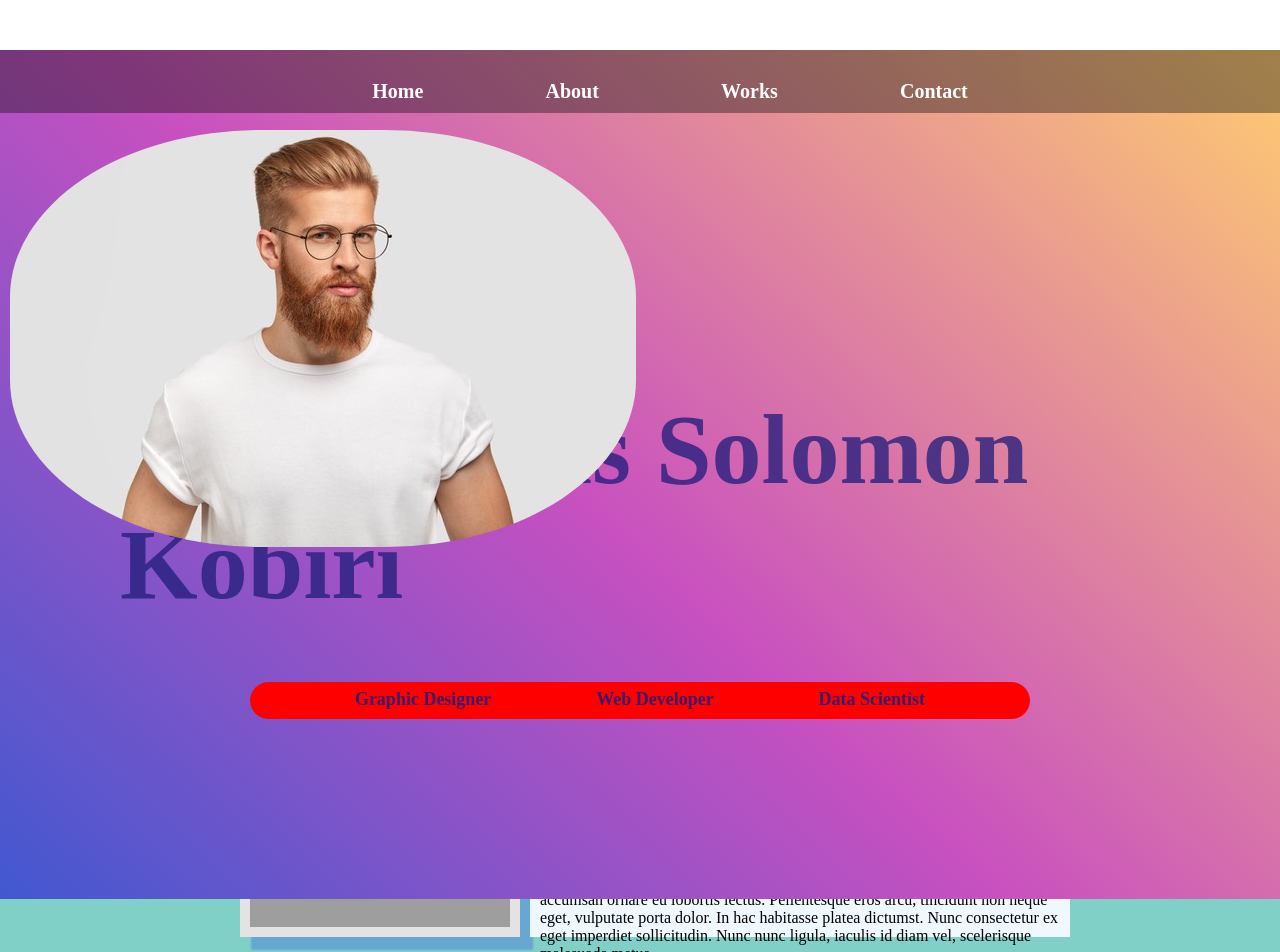
Repository: Kwabena-Kobiri/yellocoders
Page: index.html
An editor plug-in stored every save of this project. The page is shown before and after the next save, followed by the edit.
The browser window is 1280 px wide. The pictures show the part of the page from y = 0 to 952 px (the page is 2531 px tall before and 3346 px after).
Pictures or frames that could not be fetched are drawn as grey boxes. Backgrounds fixed to the window are drawn as part of the page.

Above is the page before, as saved 2021-05-12 22:31:59.

### index.html
<!DOCTYPE html>
<html lang="en">
<head>
    <meta charset="UTF-8">
    <meta http-equiv="X-UA-Compatible" content="IE=edge">
    <meta name="viewport" content="width=device-width, initial-scale=1.0">
    <link rel="stylesheet" href="index.css" />
    <title>Y'ello</title>
</head>
<body>
    <!-- HEADER COMPONENT STARTS HERE -->
    <header id="header">
        <nav id="nav">
            <ul>
                <li>Home</li>
                <li>About</li>
                <li>Works</li>
                <li>Contact</li>
            </ul>
        </nav>
    </header>
    <!-- HEADER COMPONENT ENDS HERE -->


    <!-- LANDING PAGE STARTS HERE  -->
    <section id="LandingPage">
        <div class="Details">
            <h1>Hi</h1>
            <h3>My Name is Solomon Kobiri</h3>
        </div>
        <div class="Skills">
            <h5>Graphic Designer</h5>
            <h5>Web Developer</h5>
            <h5>Data Scientist</h5>
        </div>
    </section>
    <!-- LANDING PAGE ENDS HERE -->

    <!--ABOUT PAGE STARTS HERE-->
    <section id="About">
        <div class="ImageDiv">
            <img src="Images/profile.jpg" alt="Profile Picture"/>
        </div>
        <div class="Description">
            <h3>ABOUT ME</h3>
            <p>
                Lorem ipsum dolor sit amet, consectetur adipiscing elit. Vestibulum rhoncus faucibus nisi non tempor. Donec eu lobortis felis, id imperdiet massa. Ut vel tortor et mauris tempor mattis. Aliquam eu augue eget elit fringilla vulputate. Cras fringilla ac est vel efficitur. Integer porta feugiat nibh non gravida. Nam eget metus convallis, dignissim risus ac, porta massa. Etiam neque nulla, semper ut eros nec, sodales eleifend arcu.

                Morbi suscipit mauris in ultrices feugiat. Quisque sed eros tempor, elementum tortor vitae, imperdiet dolor. Donec ac neque vitae diam dignissim vehicula id sed nulla. Etiam non ex eu tortor accumsan ornare eu lobortis lectus. Pellentesque eros arcu, tincidunt non neque eget, vulputate porta dolor. In hac habitasse platea dictumst. Nunc consectetur ex eget imperdiet sollicitudin. Nunc nunc ligula, iaculis id diam vel, scelerisque malesuada metus.

                Nulla lacinia iaculis mauris, eget porta urna dictum ut. Donec vitae mattis nunc. Sed vel nisi id dolor laoreet consectetur. Mauris ut turpis mi. Proin massa sapien, interdum at elementum sed, eleifend at ipsum. In arcu ipsum, fermentum ac felis sit amet, consectetur pretium tellus. Pellentesque vestibulum augue ut quam pulvinar vestibulum. Fusce turpis sapien, facilisis sit amet sapien ut, luctus volutpat sapien.
            </p>
        </div>
    </section>
    <!--ABOUT PAGE ENDS HERE-->

    <!-- MY WORKS PAGE STARTS HERE -->
    <section id="Works">
        <h3>CHECK OUT MY WORKS</h3>
        <div class="work_box">
            <img src="Images/work1.jpg" alt="First Project"/>
            <p>
                Lorem ipsum dolor sit amet, consectetur adipiscing elit. Vestibulum rhoncus faucibus nisi non tempor. Donec eu lobortis felis, id imperdiet massa. Ut vel tortor et mauris tempor mattis. Aliquam eu augue eget elit fringilla vulputate. Cras fringilla ac est vel efficitur. Integer porta feugiat nibh non gravida. Nam eget metus convallis, dignissim risus ac, porta massa. Etiam neque nulla, semper ut eros nec, sodales eleifend arcu.

                Morbi suscipit mauris in ultrices feugiat. Quisque sed eros tempor, elementum tortor vitae, imperdiet dolor. Donec ac neque vitae diam dignissim vehicula id sed nulla. Etiam non ex eu tortor accumsan ornare eu lobortis lectus. Pellentesque eros arcu, tincidunt non neque eget, vulputate porta dolor. In hac habitasse platea dictumst. Nunc consectetur ex eget imperdiet sollicitudin. Nunc nunc ligula, iaculis id diam vel, scelerisque malesuada metus.
            </p>
        </div>
        <div class="work_box">
            <p>
                Lorem ipsum dolor sit amet, consectetur adipiscing elit. Vestibulum rhoncus faucibus nisi non tempor. Donec eu lobortis felis, id imperdiet massa. Ut vel tortor et mauris tempor mattis. Aliquam eu augue eget elit fringilla vulputate. Cras fringilla ac est vel efficitur. Integer porta feugiat nibh non gravida. Nam eget metus convallis, dignissim risus ac, porta massa. Etiam neque nulla, semper ut eros nec, sodales eleifend arcu.

                Morbi suscipit mauris in ultrices feugiat. Quisque sed eros tempor, elementum tortor vitae, imperdiet dolor. Donec ac neque vitae diam dignissim vehicula id sed nulla. Etiam non ex eu tortor accumsan ornare eu lobortis lectus. Pellentesque eros arcu, tincidunt non neque eget, vulputate porta dolor. In hac habitasse platea dictumst. Nunc consectetur ex eget imperdiet sollicitudin. Nunc nunc ligula, iaculis id diam vel, scelerisque malesuada metus.
            </p>
            <img src="Images/work2.jfif" alt="First Project"/>
        </div>
        <div class="work_box">
            <img src="Images/work3.webp" alt="First Project"/>
            <p>
                Lorem ipsum dolor sit amet, consectetur adipiscing elit. Vestibulum rhoncus faucibus nisi non tempor. Donec eu lobortis felis, id imperdiet massa. Ut vel tortor et mauris tempor mattis. Aliquam eu augue eget elit fringilla vulputate. Cras fringilla ac est vel efficitur. Integer porta feugiat nibh non gravida. Nam eget metus convallis, dignissim risus ac, porta massa. Etiam neque nulla, semper ut eros nec, sodales eleifend arcu.

                Morbi suscipit mauris in ultrices feugiat. Quisque sed eros tempor, elementum tortor vitae, imperdiet dolor. Donec ac neque vitae diam dignissim vehicula id sed nulla. Etiam non ex eu tortor accumsan ornare eu lobortis lectus. Pellentesque eros arcu, tincidunt non neque eget, vulputate porta dolor. In hac habitasse platea dictumst. Nunc consectetur ex eget imperdiet sollicitudin. Nunc nunc ligula, iaculis id diam vel, scelerisque malesuada metus.
            </p>
        </div>
        <div class="work_box">
            <p>
                Lorem ipsum dolor sit amet, consectetur adipiscing elit. Vestibulum rhoncus faucibus nisi non tempor. Donec eu lobortis felis, id imperdiet massa. Ut vel tortor et mauris tempor mattis. Aliquam eu augue eget elit fringilla vulputate. Cras fringilla ac est vel efficitur. Integer porta feugiat nibh non gravida. Nam eget metus convallis, dignissim risus ac, porta massa. Etiam neque nulla, semper ut eros nec, sodales eleifend arcu.

                Morbi suscipit mauris in ultrices feugiat. Quisque sed eros tempor, elementum tortor vitae, imperdiet dolor. Donec ac neque vitae diam dignissim vehicula id sed nulla. Etiam non ex eu tortor accumsan ornare eu lobortis lectus. Pellentesque eros arcu, tincidunt non neque eget, vulputate porta dolor. In hac habitasse platea dictumst. Nunc consectetur ex eget imperdiet sollicitudin.
            </p>
            <img src="Images/work4.png" alt="First Project"/>
        </div>
    </section>

    <!-- MY WORKS PAGE ENDS HERE -->

    <!-- CONTACT PAGE STARTS HERE -->
    <section id="Contact">
        <form id="Form">
            <h3>Contact Me</h3>
            <input type="text" placeholder="Name">
            <input type="email" placeholder="Email">
            <textarea rows="4" cols="50" placeholder="Message"></textarea>
            <input type="submit" text="Submit" class="submit">
        </form>
    </section>

    <!-- CONTACT PAGE ENDS HERE -->

    <!-- FOOTER STARTS HERE -->
    <footer id="footer">
        <h3>Connect With Me</h3>
        <div class="Icons">
            <a href="#"><img src="Images/Instagram.jpg" alt="Instagram"></a>
            <a href="#"><img src="Images/Facebook.png" alt="Facebook"></a>
            <a href="#"><img src="Images/WhatsApp.svg.png" alt="Whatsapp"></a>
            <a href="https://www.linkedin.com/in/solomon-kobiri"><img src="Images/LinkedIn.png" alt="LinkedIn"></a>
            <a href="#"><img src="Images/GitHub.svg" alt="GitHub"></a>
        </div>
        <h4>Made with ❤ by Solomon Kobiri</h4>
        <h5>Copyright &copy; 2021</h5>
    </footer>

    <!-- FOOTER ENDS HERE -->
</body>
</html>

### index.css
* {
    /* background-color: red; */
    margin: 0px;
}

/* body {
    display: flex;           /*Used flexbox on the whole page */
    /* flex-direction: column; */
    /* position: relative; */
/* } */

/* HEADER STYLING STARTS HERE */
#header {
    background-color: rgba(19, 17, 17, 0.4);
    justify-content: center;
    padding: 10px;
    width: 100%;
    position: fixed;
    z-index: 999;
    color: white;
}

#nav {
    margin: 20px 200px 0px 200px;
    /* background-color: blue; */
}

#nav > ul {
    display: flex;
    flex-direction: row;
    justify-content: space-evenly;
    list-style: none;
}

#nav > ul > li {
    text-decoration: none;
    font-size: 20px;
    font-weight: 550;
}

/* HEADER STYLING ENDS HERE */


/* LANDING PAGE STYLING STARTS HERE */
#LandingPage {
    position: absolute;
    width: 100%;
    z-index: 0;
    color: rgba(32, 30, 122, 0.767);
    background-color: #4158D0;
    background-image: linear-gradient(43deg, #4158D0 0%, #C850C0 46%, #FFCC70 100%);
    /* background-color: red; */
}

.Details {
    margin-top: 100px;
    margin-left: 100px;
    /* background-color: aqua;  */
}

.Details > h1 {
    margin: 50px 0px 20px 10px;
    font-size: 150px;
    padding: 20px;
}

.Details > h3 {
    margin-left: 10px;
    font-size: 100px;
    padding: 10px;
    justify-content: center;
}

.Skills {
    background-color: red;
    margin: 50px 250px 180px 250px;
    display: flex;
    flex-direction: row;
    justify-content: space-evenly;
    height: 30px;
    padding-top: 7px;
    border-radius: 20px;
}

.Skills > h5 {
    font-size: large;
    font-weight: bolder;
}

/* LANDING PAGE STYLING ENDS HERE */


/*STYLING FOR ABOUT ME PAGE STARTS HERE*/

#About {
    height: 200px;
    display: flex;
    flex-direction: row;
    height: 500px;
    margin: 50px 0px 50px 0px;
    background: rgb(255, 255, 255);
}

.ImageDiv {
    flex: 2;
    position: relative;
    padding: 80px 10px 0px 10px;
}

.ImageDiv > img {
    border-radius: 40%;
}

.Description {
    padding: 20px;
    flex: 3;
    display: flex;
    flex-direction: column;
}

.Description > h3 {
    text-align: center;
    margin-top: 10px;
    font-size: 50px;
    color: rgba(32, 30, 122, 0.767);
    border-bottom: 2px solid black;
}

.Description > p {
    color: rgba(32, 30, 122, 0.9);
    font-size: 22px;
    margin-top: 10px;
    padding: 5px;
}
/*STYLING FOR ABOUT ME PAGE ENDS HERE*/


/* STYLING FOR MY WORKS PAGE STARTS HERE */
#Works {
    margin: 100px 0px 0px 0px;
    width: cover;
    padding: 40px;
    background-color: #80D0C7;
}

#Works > h3 {
    text-align: center;
    font-size: xx-large;
    color: rgba(32, 30, 122, 0.9);
}

.work_box {
    width: 70%;
    height: 200px;
    display: flex;
    flex: 1;
    padding: 10px;
    margin-left: 180px;
}

.work_box > img {
    flex: 2;
    padding: 10px;
    margin: 0px 10px 0px 10px;
    background-color: rgb(228, 227, 227);
    box-shadow: 12px 12px 2px 1px rgba(0, 0, 255, .2);
}

.work_box > p {
    flex: 4;
    padding: 10px;
    background-color:aliceblue;
}

/* STYLING FOR MY WORKS PAGE ENDS HERE */


/* STYLING FOR CONTACTS PAGE STARTS HERE */
#Contact {
    height: 500px;
    width: cover;
    background-image: url('Images/background.jpg');
    background-size: cover;
    background-attachment: fixed;
}

form {
    background-color: rgba(151, 54, 54, 0.7);
    height: 70%;
    width: 50%;
    align-self: center;
    margin: auto;
    margin-top: 5%;
    position: relative;
    display: flex;
    flex-direction: column;
    padding: 20px;
}

form > h3 {
    text-align: center;
    margin: 10px;
    padding: 5px;
    font-size: xx-large;
    color: white;
}

form > input {
    width: 70%;
    height: 30px;
    margin: 10px;
    padding: 5px;
    position: relative;
    margin-left: 100px;
}

textarea {
    width: 70%;
    margin: 10px;
    margin-left: 100px;
}

.submit {
    width: 100px;
    margin-top: 30px;
    background-color: rgb(177, 49, 134);
    color: white;
    font-weight: bold;
}

/* STYLING FOR CONTACTS PAGE ENDS HERE */


/* STYLING FOR FOOTER STARTS HERE */
#footer {
    background-color: white;
    height: 300px;
    width: cover;
}

.Icons {
    display: flex;
    flex-direction: row;
    align-self: center;
    width: 40%;
    margin: 30px 0px 70px 500px;
}

.Icons > a {
    width: 25%;
    height: 25%;
}

.Icons > a > img {
    width: 40%;
    height: 40%;
    padding: 5px;
    margin: 0px;
}

footer > h3 {
    text-align: center;
    font-size: xx-large;
    color: rgba(32, 30, 122, 0.9);
    margin: 20px;
}

footer > h4,h5 {
    color: rgba(32, 30, 122, 0.9);
    text-align: center;
}

/* STYLING FOR FOOTER ENDS HERE */

After the next save:
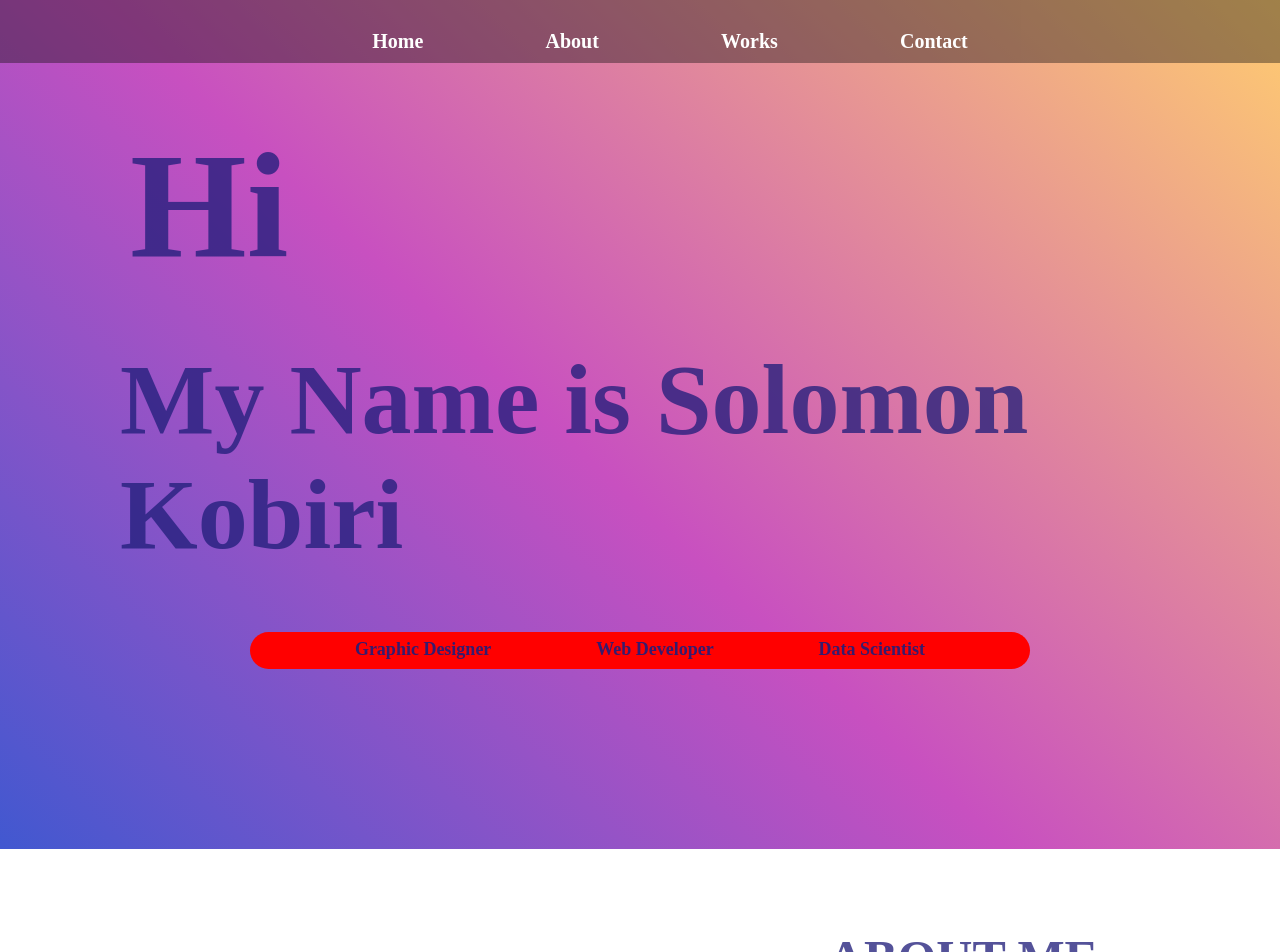
Saved 3 min 49 s later.
--- a/index.css
+++ b/index.css
@@ -3,11 +3,11 @@
     margin: 0px;
 }
 
-/* body {
-    display: flex;           /*Used flexbox on the whole page */
-    /* flex-direction: column; */
+body {
+    display: flex;           /*Used flexbox on the whole page*/
+    flex-direction: column;
     /* position: relative; */
-/* } */
+}
 
 /* HEADER STYLING STARTS HERE */
 #header {
@@ -43,7 +43,7 @@
 
 /* LANDING PAGE STYLING STARTS HERE */
 #LandingPage {
-    position: absolute;
+    /* position: absolute; */
     width: 100%;
     z-index: 0;
     color: rgba(32, 30, 122, 0.767);
